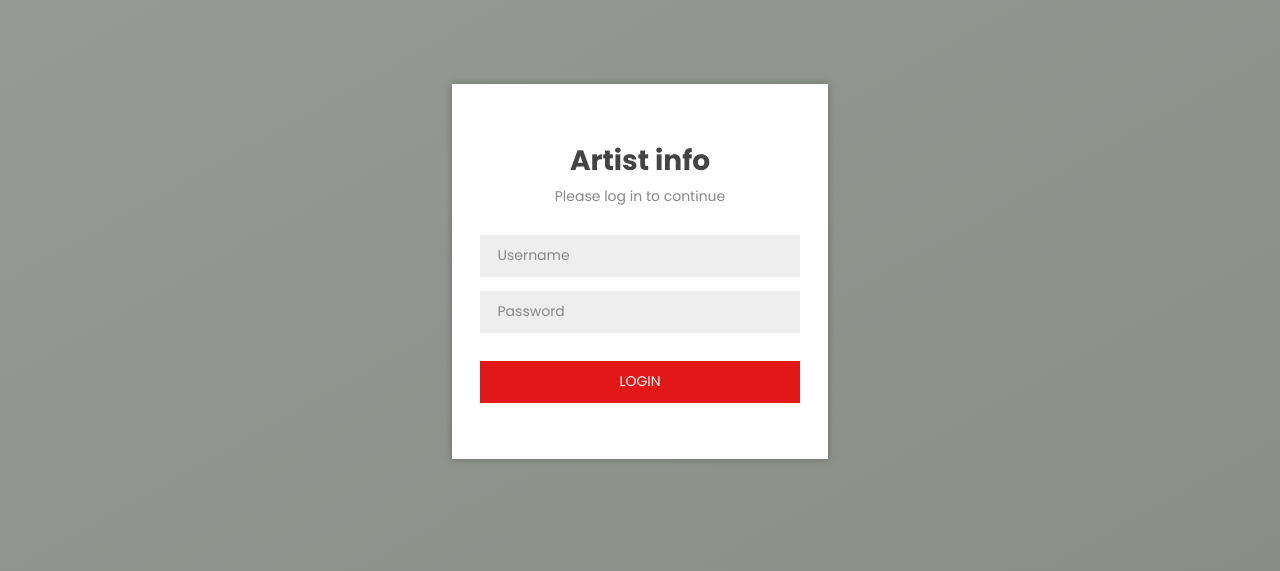
Repository: laurentbul/ApplicationEssai
Page: http://localhost/
These files come from the project's save history. The page is drawn as it stood at one moment and after the next save; the edit follows.
The browser window is 1280 px wide. The pictures show the whole page.
The page is run by PHP 8.4 with error messages shown; the project is at /var/www/html/.

Above is the page before, as saved 2023-04-13 07:33:04.

### crud2/index.php
<?php

session_start();

if (isset($_SESSION['name'])) {
  header('location: ./home.php');
  exit;
}

?>

<!DOCTYPE html>
<html lang="en">

<head>
  <meta charset="UTF-8" />
  <meta http-equiv="X-UA-Compatible" content="IE=edge" />
  <meta name="viewport" content="width=device-width, initial-scale=1.0" />
  <title>Login Form PHP MySQL With Session - Sribuhost</title>

  <link rel="stylesheet" href="./style.css" />
</head>

<body>
  <div class="container">
    <div class="box">
      <h1 class="box__title">Artist info</h1>
      <p class="box__subtitle">Please log in to continue</p>
      <?php if (isset($_SESSION['login_failed'])) : ?>
        <div class="alert">
          Incorrect username or password!
        </div>
      <?php
        unset($_SESSION['login_failed']);
      endif;
      ?>
      <form action="./auth.php" method="post" class="form">
        <input type="text" class="form__input" placeholder="Username" name="username" required />
        <input type="password" class="form__input" placeholder="Password" name="password" required />
        <button class="form__button" type="submit" name="submit">LOGIN</button>
      </form>
    </div>
  </div>
</body>

</html>

### crud2/style.css
@import url("https://fonts.googleapis.com/css2?family=Poppins:wght@400;700&display=swap");

html {
  font-family: "Poppins", sans-serif;
  font-size: 14px;
}

body {
  background-image: linear-gradient(to bottom right, #969a94, #898d86);
  color: #444;
  margin: 0;
  min-height: 100vh;
  padding: 0;
}

.container {
  padding: 6rem 0;
}

.box {
  background-color: #fff;
  box-shadow: 0 0 0.5rem rgba(68, 68, 68, 0.5);
  margin: 0 auto;
  padding: 4rem 2rem;
  text-align: center;
  width: 25%;
}

.box__title {
  margin: 0 0 0.25rem;
}

.box__subtitle {
  color: #888;
  margin: 0 0 2rem;
}

.form {
  display: flex;
  flex-direction: column;
  gap: 1rem;
}

.form__input {
  background-color: #eee;
  border: none;
  color: inherit;
  font-family: inherit;
  font-size: 1rem;
  padding: 0.75rem 1.25rem;
}

.form__input::placeholder {
  color: #888;
}

.form__button {
  background-color: #e21717;
  border: none;
  color: #fff;
  cursor: pointer;
  font-family: inherit;
  font-size: 1rem;
  margin-top: 1rem;
  padding: 0.75rem 2rem;
  transition: all 0.15s;
}

.form__button:hover {
  background-color: rgba(43, 43, 175, 0.875);
}

.information {
  color: #fff;
  text-align: center;
}

.information__title {
  margin: 0 0 2rem;
}

.information__button {
  background-color: #ae5050;
  border: none;
  color: #fff;
  cursor: pointer;
  font-family: inherit;
  font-size: 1rem;
  margin-top: 1rem;
  padding: 0.75rem 2rem;
  text-decoration: none;
  transition: all 0.15s;
}

.information__button:hover {
  background-color: rgba(174, 80, 80, 0.875);
}

.alert {
  background-color: #ae5050;
  color: #fff;
  margin-bottom: 2rem;
  padding: 0.75rem 2rem;
}

After the next save:
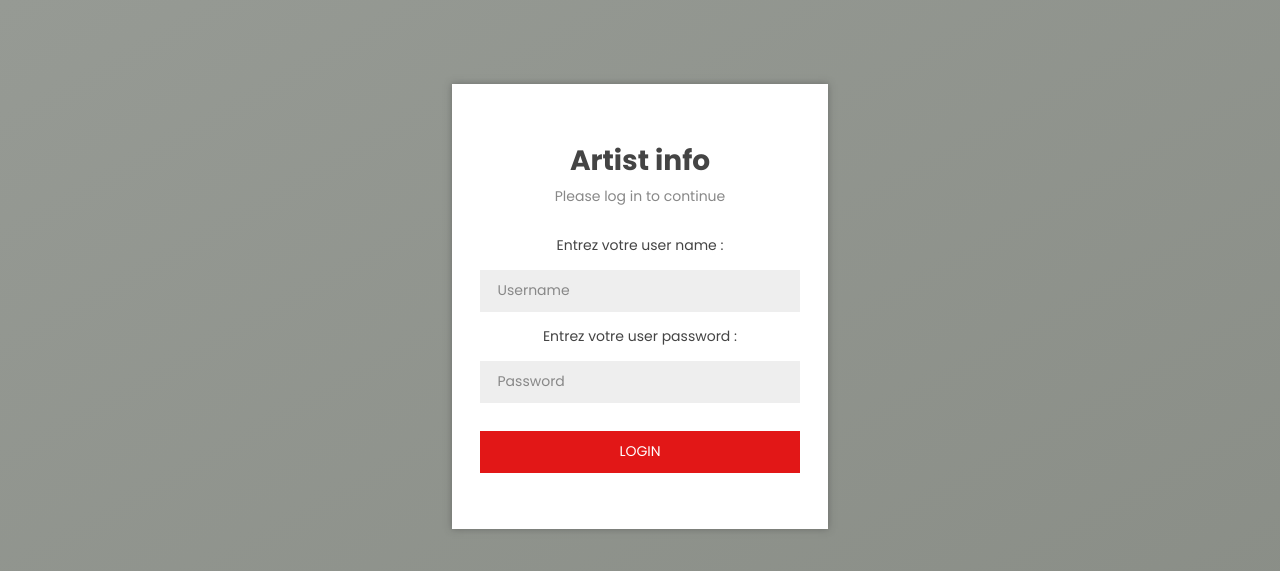
Saved 65 s later.
--- a/crud2/index.php
+++ b/crud2/index.php
@@ -35,7 +35,9 @@ if (isset($_SESSION['name'])) {
       endif;
       ?>
       <form action="./auth.php" method="post" class="form">
+        <label>Entrez votre user name :</label>
         <input type="text" class="form__input" placeholder="Username" name="username" required />
+        <label>Entrez votre user password :</label>
         <input type="password" class="form__input" placeholder="Password" name="password" required />
         <button class="form__button" type="submit" name="submit">LOGIN</button>
       </form>
